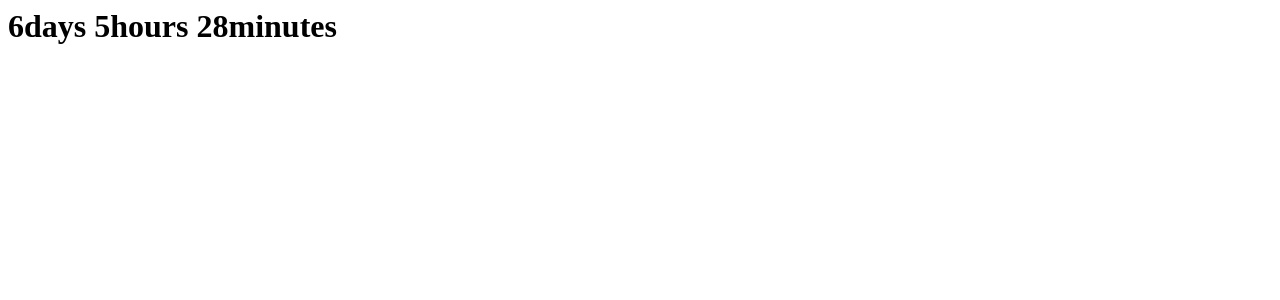
Repository: notMaximilian/countdown-timer
Page: index.html
The author's editor kept a copy of each file at every save. The page is drawn from the files as they stood at one save, then again after the next save.
The browser window is 1280 px wide. The pictures show the whole page.

Above is the page before, as saved 2021-12-18 18:44:22.

### index.html
<html lang="en">
    <head>
        <meta charset="utf-8"/>
        <title>Christmas Countdown</title>
        <link rel="stylesheet" href="styles.css"/>
    </head>
    <body>
        <h1 id="time-left"></h1>
        <script src="app.js"></script>
    </body>
</html>

### app.js
const timeLeft = document.getElementById('time-left')
let timerId;
//Units of time
const second = 1000
const minute = second * 60
const hour = minute * 60
const day = hour * 24

const christmas = new Date('12/25/2021')

function countdown(){
    const today = new Date();
    const timeSpan = christmas - today;

    if(timeSpan <= -day){
        timeLeft.innerHTML("I hope you had a Merry Christmas!!!")
        clearInterval(timerId)
        return
    }

    if (timeSpan <= 0){
        timeLeft.innerHTML("Merry Christmas!!!")
        clearInterval(timerId)
        return
    }

    const days = Math.floor(timeSpan / day)
    const hours = Math.floor((timeSpan % day) / hour)
    const minutes = Math.floor((timeSpan % hour) / minute)
    const seconds = Math.floor((timeSpan % minute) / second)

    timeLeft.innerHTML = days + "days " + hours + "hours " + minutes + "minutes "

}

timerId = setInterval(countdown, second)

Loaded but not shown: styles.css (no copy from this time; the picture is the same without it)

After the next save:
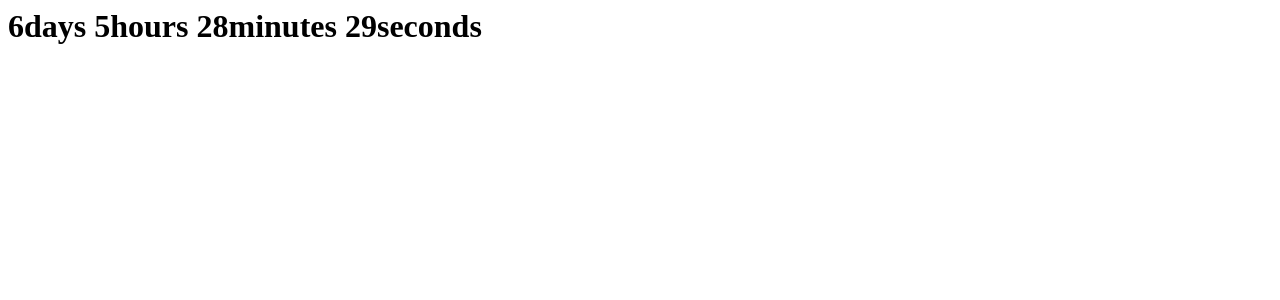
Saved 6 s later.
--- a/app.js
+++ b/app.js
@@ -29,7 +29,7 @@ function countdown(){
     const minutes = Math.floor((timeSpan % hour) / minute)
     const seconds = Math.floor((timeSpan % minute) / second)
 
-    timeLeft.innerHTML = days + "days " + hours + "hours " + minutes + "minutes "
+    timeLeft.innerHTML = days + "days " + hours + "hours " + minutes + "minutes " + seconds + "seconds"
 
 }
 
